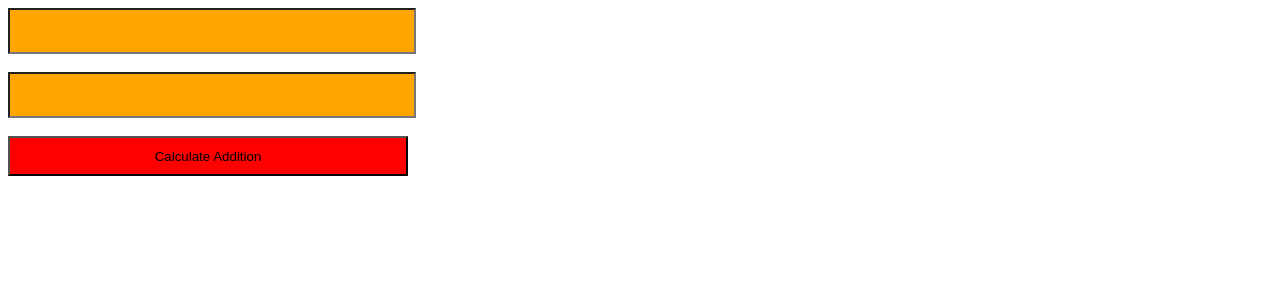
Repository: vaibhaokamble/MY_INSTITUTE_PUNE
Page: SERVLET/AdditionApplication/src/main/webapp/Addition.html
These files come from the project's save history. The page is drawn as it stood at one moment and after the next save; the edit follows.
The browser window is 1280 px wide. The pictures show the whole page.

Above is the page before, as saved 2022-10-18 08:19:14.

After the next save:
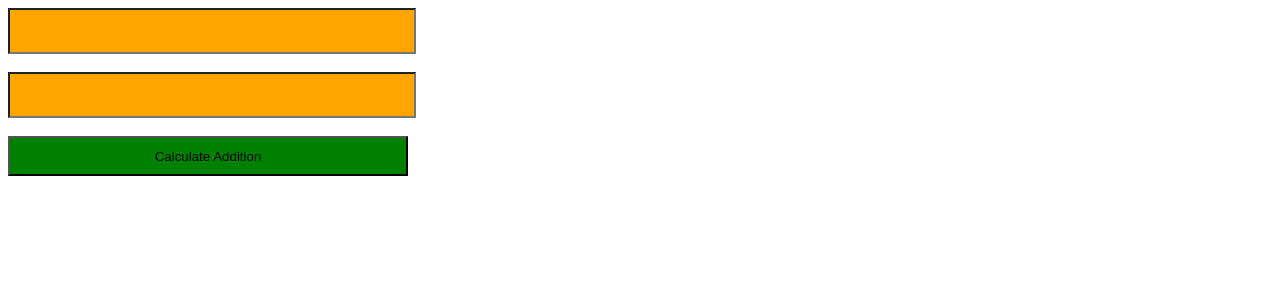
Saved 63 s later.
--- a/SERVLET/AdditionApplication/src/main/webapp/Addition.html
+++ b/SERVLET/AdditionApplication/src/main/webapp/Addition.html
@@ -14,7 +14,7 @@
 	<br>
 	<br>
 	<input type='submit' name='s' value='Calculate Addition'
-		style='width: 400px; height: 40px; background-color:red;' />
+		style='width: 400px; height: 40px; background-color:green;' />
 
 </body>
 </html>
